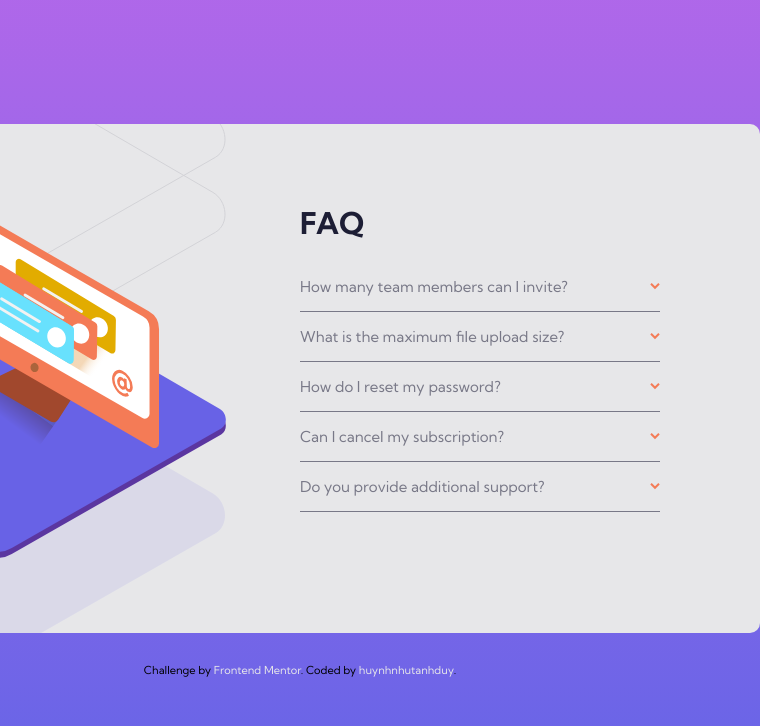
Repository: huynhnhutanhduy/faq-accordion-card
Page: index.html
The author's editor kept a copy of each file at every save. The page is drawn from the files as they stood at one save, then again after the next save.
The browser window is 600 px wide. The page is 760 px wide, then 600 px, so the pictures cover 760 px, including what lies to the right of the window. The pictures show the whole page.

Above is the page before, as saved 2022-10-22 15:26:19.

After the next save:
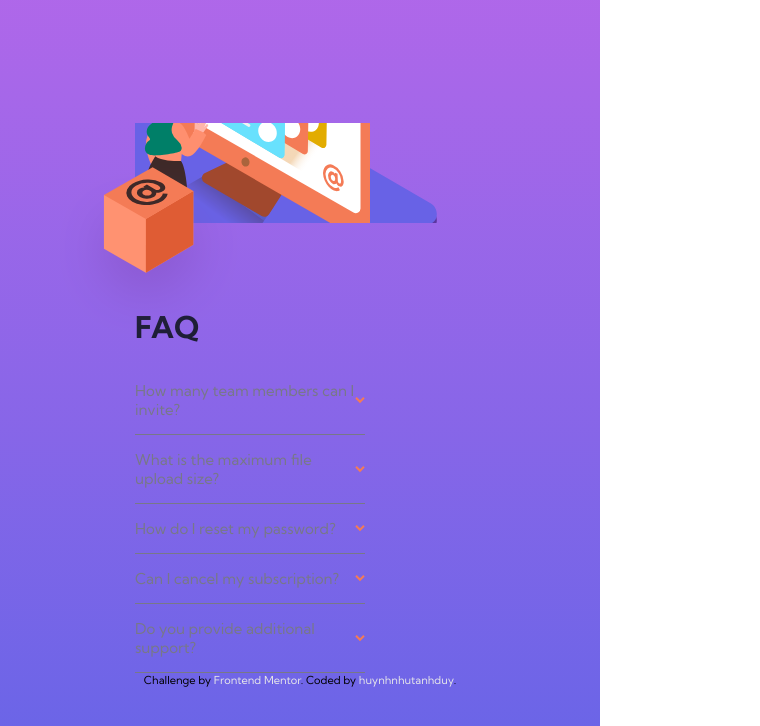
Saved 93 s later.
--- a/app.css
+++ b/app.css
@@ -134,5 +134,15 @@ img {
 }
 @media screen and (max-width: 767px) {
   .card {
+    width: 350px;
+    grid-template-columns: 1fr;
+    grid-template-rows: 100px 1fr;
+    grid-gap: 0.5rem;
+    position: relative;
+    padding: 1rem;
+    height: 530px;
+    background: url("./images/bg-pattern-mobile.svg");
+    background-repeat: no-repeat;
+    background-position: center 590%;
   }
 }
